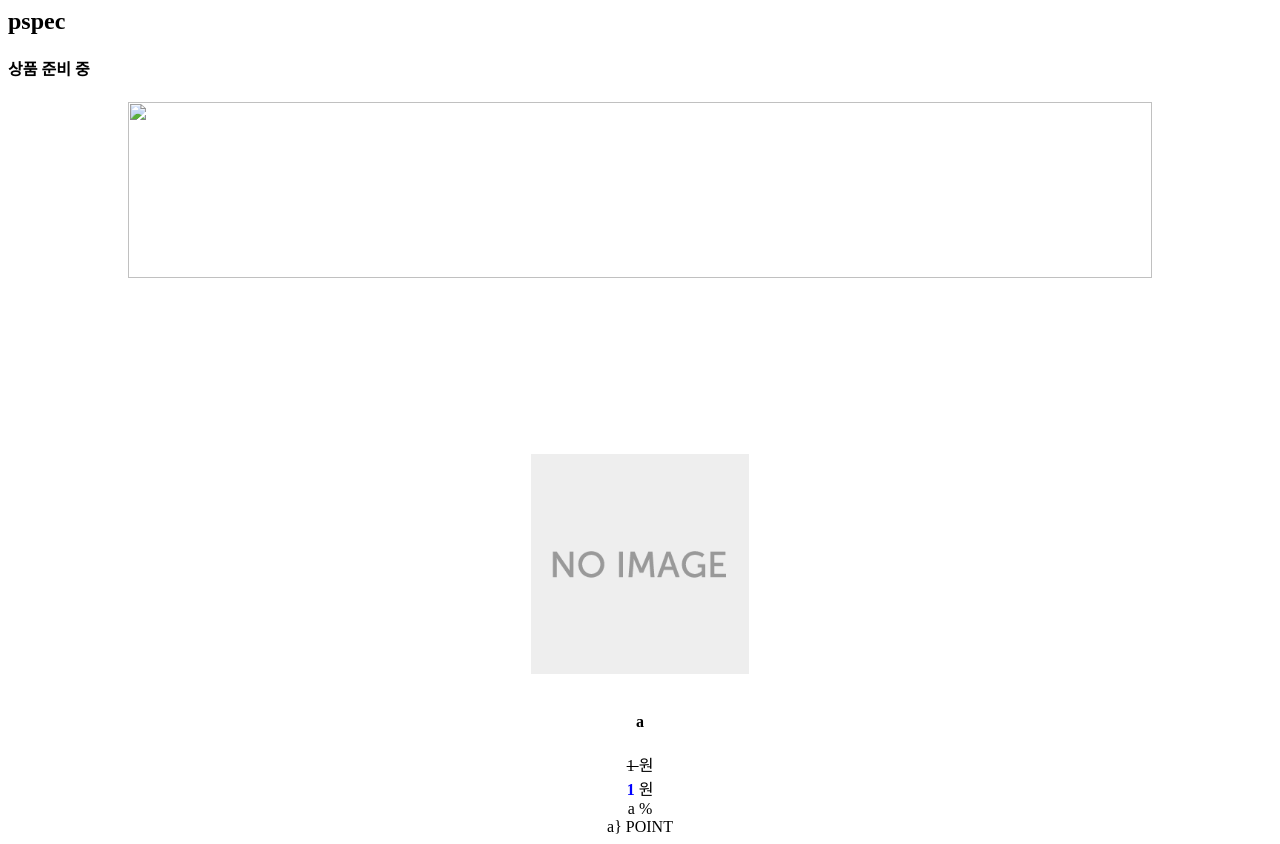
Repository: Jayking0215/myjava
Page: http://localhost/SpringWeb/inc/mallHit.jsp
The author's editor kept a copy of each file at every save. The page is drawn from the files as they stood at one save, then again after the next save.
The browser window is 1280 px wide. The pictures show the whole page.
The page is served by Tomcat 9. Nobody is signed in. The application's start-up code is not run. Other server files are loaded and not shown.

Above is the page before, as saved 2023-05-09 07:17:04.

### SpringWorkspace/SpringWeb/src/main/webapp/inc/mallHit.jsp
<%@ page language="java" contentType="text/html; charset=UTF-8"
    pageEncoding="UTF-8"%>
<%@ taglib prefix="c" uri="http://java.sun.com/jsp/jstl/core" %>
<%@ taglib prefix="fmt" uri="http://java.sun.com/jsp/jstl/fmt" %>

<div class = "row">
   <div class = "col-md-12">
      <h2 class = "badge badge-warning">pspec</h2>
   </div>
</div>

<div class = "row">

		<div class="col-md-3">
			<h4>상품 준비 중</h4>
		</div>
		<!-- -------------- -->
	      <div class = "col-md-3" style="text-align:center">
	         <a href="a">

	         <img src = ""
	         	style="width:90%;margin:auto;height:50%"
	          class = "img-fluid">
	         <img src = "resources/product_images/noimage.png" class = "img-fluid"
	         style = "height:220px">

	         </a>
	         <br><br>
	         <h4>a </h4>
	         <del>
				<fmt:formatNumber value="1" pattern="###,###"/>
	         </del> 원 <br>
	         <span style="color:blue;font-weight:bold">
	         	<fmt:formatNumber value="1" pattern="###,###"/>
	         </span> 원 <br>
	         <span class = "label label-danger">a %</span> <br>
	         <span class = "label label-success">a}</span> POINT <br>
	      </div> <!--  col-md-3 end -->
	      <!-- -------------- -->

      	</div> <!--  row end -->

After the next save:
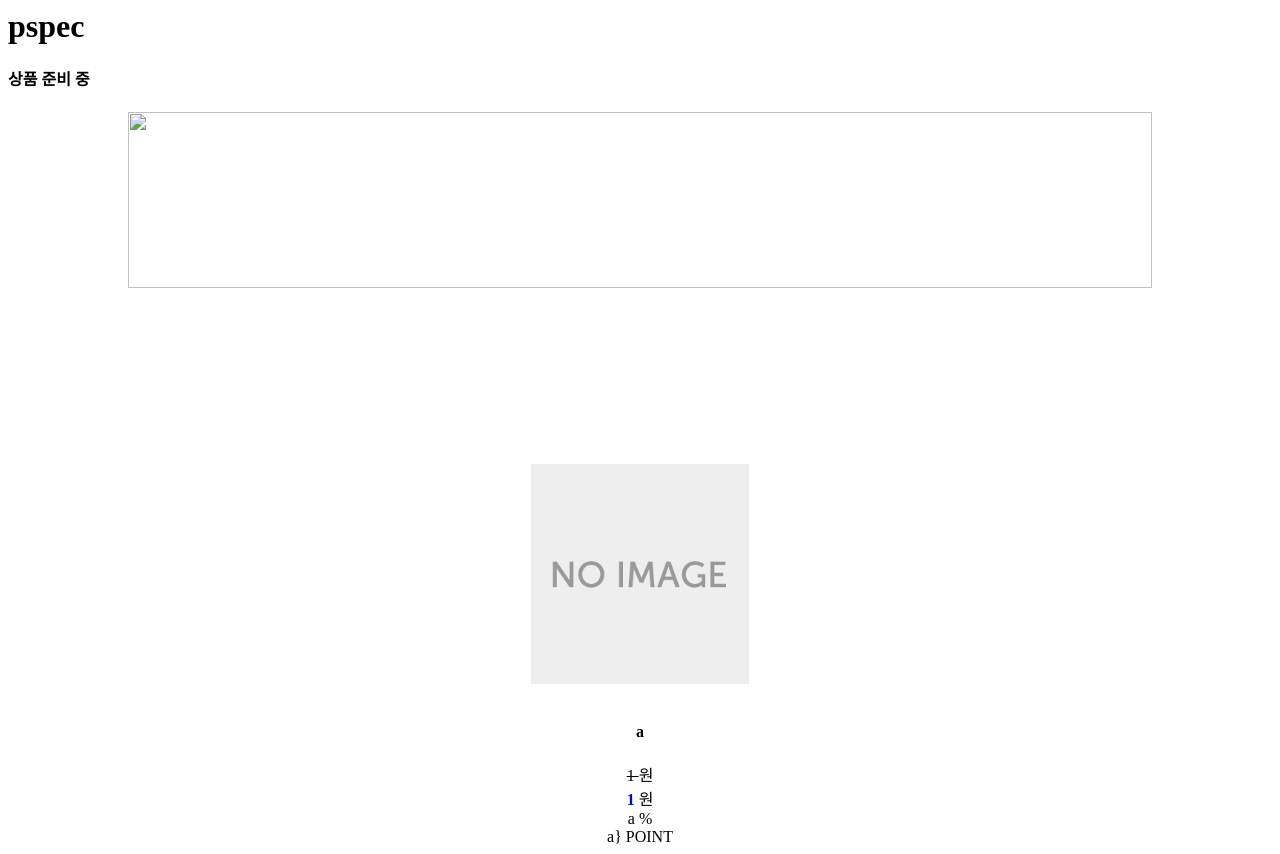
Saved 30 min 11 s later.
--- a/SpringWorkspace/SpringWeb/src/main/webapp/inc/mallHit.jsp
+++ b/SpringWorkspace/SpringWeb/src/main/webapp/inc/mallHit.jsp
@@ -5,7 +5,7 @@
 
 <div class = "row">
    <div class = "col-md-12">
-      <h2 class = "badge badge-warning">pspec</h2>
+      <h1 class = "badge badge-warning">pspec</h1>
    </div>
 </div>
 
